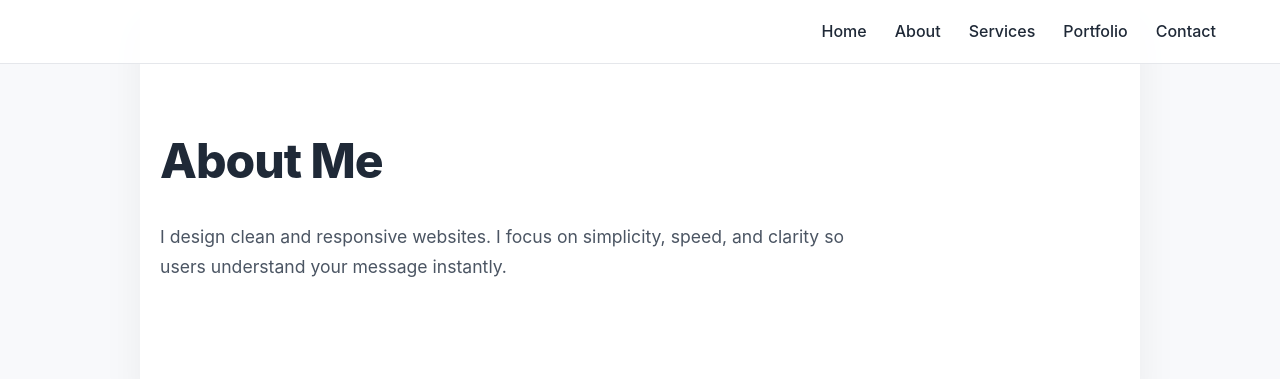
Repository: aljonvega18/Portfolio
Page: about.html
The author's editor kept a copy of each file at every save. The page is drawn from the files as they stood at one save, then again after the next save.
The browser window is 1280 px wide. The pictures show the whole page.

Above is the page before, as saved 2026-02-02 16:41:24.

### about.html
<!DOCTYPE html>
<html lang="en">
<head>
    <meta charset="UTF-8">
    <meta name="viewport" content="width=device-width, initial-scale=1.0">
    <title>Aljon Vega | Junior Dev Portfolio</title>
    <link rel="stylesheet" href="https://cdnjs.cloudflare.com/ajax/libs/font-awesome/6.7.2/css/all.min.css">

    <style>
/* RESET + BASE */
* {
    box-sizing: border-box;
    margin: 0;
    padding: 0;
    font-family: "Inter", system-ui, Arial, sans-serif;
}

body {
    background: #f8f9fb;
    color: #1f2937;
    line-height: 1.7;
}

/* NAVBAR */
header {
    position: fixed;
    top: 0;
    width: 100%;
    background: rgba(255, 255, 255, 0.9);

    border-bottom: 1px solid #e5e7eb;
    z-index: 1000;
}

.navbar {
    max-width: 1200px;
    margin: auto;
    display: flex;
    align-items: center;
    padding: 18px 24px;
}

.logo {
    height: 42px;
}

/* CENTER NAV */
nav {
    margin-left: auto;
}

nav ul {
    display: flex;
    list-style: none;
    gap: 28px;
}

nav a {
    text-decoration: none;
    color: #1f2937;
    font-weight: 500;
    position: relative;
    padding-bottom: 4px;
    transition: color 0.3s ease;
}

/* UNDERLINE HOVER EFFECT */
nav a::after {
    content: "";
    position: absolute;
    left: 0;
    bottom: 0;
    width: 0;
    height: 2px;
    background: #6366f1;
    transition: width 0.3s ease;
}

nav a:hover {
    color: #6366f1;
}

nav a:hover::after {
    width: 100%;
}

/* MAIN CONTENT */
main {
    padding-top: 140px;
    max-width: 1000px;
    margin: auto;
    padding-left: 24px;
    padding-right: 24px;
}

/* SECTION STYLE */
main h1 {
    font-size: 3rem;
    font-weight: 800;
    margin-bottom: 20px;
    letter-spacing: -1px;
}

main p {
    font-size: 1.1rem;
    max-width: 700px;
    color: #4b5563;
}

/* CARD FEEL FOR CONTENT */
main {
    background: #ffffff;
    border-radius: 18px;
    padding-bottom: 80px;
    box-shadow: 0 20px 40px rgba(0, 0, 0, 0.06);
}

/* RESPONSIVE */
@media (max-width: 768px) {
    nav ul {
        gap: 18px;
    }

    main h1 {
        font-size: 2.2rem;
    }
}
</style>

</head>
<body>
<header>
    <div class="navbar">
        <nav>
            <ul>
                <li><a href="index.html">Home</a></li>
                <li><a href="about.html">About</a></li>
                <li><a href="services.html">Services</a></li>
                <li><a href="portfolio.html">Portfolio</a></li>
                <li><a href="contact.html">Contact</a></li>
            </ul>
        </nav>
    </div>
</header>

<main style="padding-top:120px; max-width:1000px; margin:auto; padding:120px 20px;">
    <h1>About Me</h1>
    <p>I design clean and responsive websites. I focus on simplicity, speed, and clarity so users understand your message instantly.</p>
</main>
</body>
</html>

After the next save:
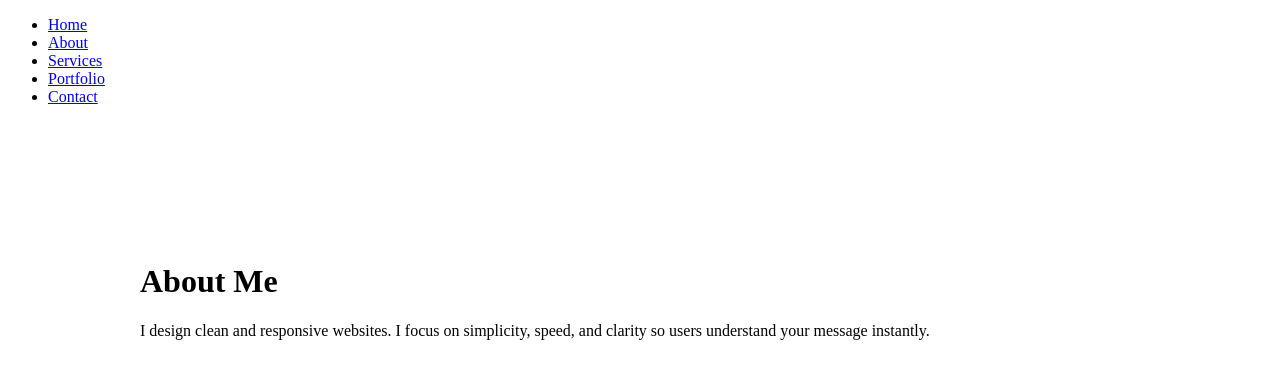
Saved 36 s later.
--- a/about.html
+++ b/about.html
@@ -6,126 +6,6 @@
     <title>Aljon Vega | Junior Dev Portfolio</title>
     <link rel="stylesheet" href="https://cdnjs.cloudflare.com/ajax/libs/font-awesome/6.7.2/css/all.min.css">
 
-    <style>
-/* RESET + BASE */
-* {
-    box-sizing: border-box;
-    margin: 0;
-    padding: 0;
-    font-family: "Inter", system-ui, Arial, sans-serif;
-}
-
-body {
-    background: #f8f9fb;
-    color: #1f2937;
-    line-height: 1.7;
-}
-
-/* NAVBAR */
-header {
-    position: fixed;
-    top: 0;
-    width: 100%;
-    background: rgba(255, 255, 255, 0.9);
-
-    border-bottom: 1px solid #e5e7eb;
-    z-index: 1000;
-}
-
-.navbar {
-    max-width: 1200px;
-    margin: auto;
-    display: flex;
-    align-items: center;
-    padding: 18px 24px;
-}
-
-.logo {
-    height: 42px;
-}
-
-/* CENTER NAV */
-nav {
-    margin-left: auto;
-}
-
-nav ul {
-    display: flex;
-    list-style: none;
-    gap: 28px;
-}
-
-nav a {
-    text-decoration: none;
-    color: #1f2937;
-    font-weight: 500;
-    position: relative;
-    padding-bottom: 4px;
-    transition: color 0.3s ease;
-}
-
-/* UNDERLINE HOVER EFFECT */
-nav a::after {
-    content: "";
-    position: absolute;
-    left: 0;
-    bottom: 0;
-    width: 0;
-    height: 2px;
-    background: #6366f1;
-    transition: width 0.3s ease;
-}
-
-nav a:hover {
-    color: #6366f1;
-}
-
-nav a:hover::after {
-    width: 100%;
-}
-
-/* MAIN CONTENT */
-main {
-    padding-top: 140px;
-    max-width: 1000px;
-    margin: auto;
-    padding-left: 24px;
-    padding-right: 24px;
-}
-
-/* SECTION STYLE */
-main h1 {
-    font-size: 3rem;
-    font-weight: 800;
-    margin-bottom: 20px;
-    letter-spacing: -1px;
-}
-
-main p {
-    font-size: 1.1rem;
-    max-width: 700px;
-    color: #4b5563;
-}
-
-/* CARD FEEL FOR CONTENT */
-main {
-    background: #ffffff;
-    border-radius: 18px;
-    padding-bottom: 80px;
-    box-shadow: 0 20px 40px rgba(0, 0, 0, 0.06);
-}
-
-/* RESPONSIVE */
-@media (max-width: 768px) {
-    nav ul {
-        gap: 18px;
-    }
-
-    main h1 {
-        font-size: 2.2rem;
-    }
-}
-</style>
 
 </head>
 <body>
